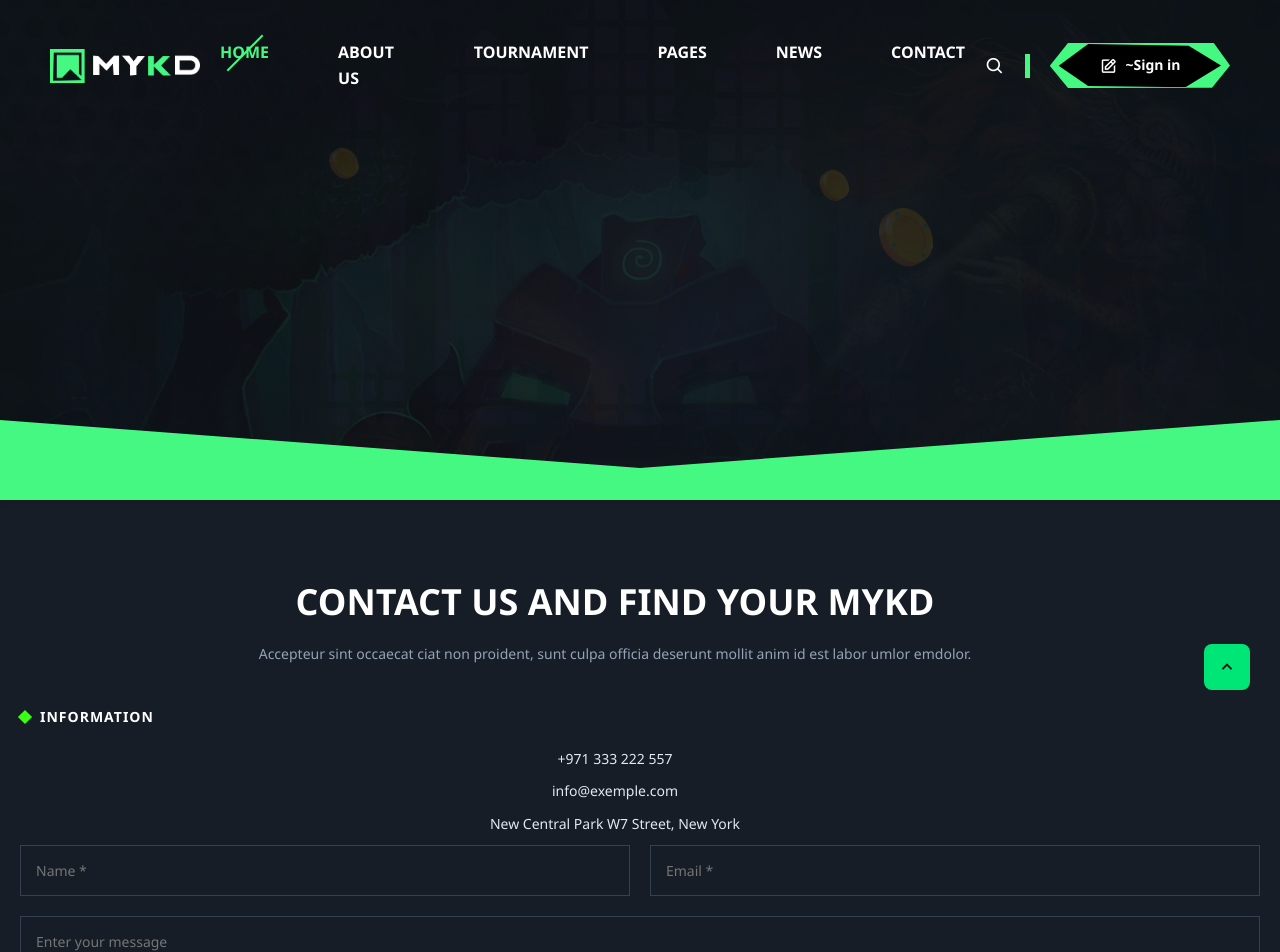
Repository: elfahl52/-MYKD-eSport-and-Gaming
Page: contact.html
The author's editor kept a copy of each file at every save. The page is drawn from the files as they stood at one save, then again after the next save.
The browser window is 1280 px wide. The pictures show the part of the page from y = 0 to 952 px (the page is 2115 px tall).
Some web fonts or font styles are not loaded; a fallback is used.

Above is the page before, as saved 2026-06-11 08:26:27.

### contact.html
<!DOCTYPE html>
<html lang="en">

<head>
    <meta charset="UTF-8">
    <meta name="viewport" content="width=device-width, initial-scale=1.0">
    <title>Document</title>
    <!-- Preconnect for performance -->
    <link rel="preconnect" href="https://fonts.googleapis.com">
    <link rel="preconnect" href="https://fonts.gstatic.com" crossorigin>

    <!-- Fonts -->
    <link
        href="https://fonts.googleapis.com/css2?family=Barlow:ital,wght@0,100;0,200;0,300;0,400;0,500;0,600;0,700;0,800;0,900;1,100;1,200;1,300;1,400;1,500;1,600;1,700;1,800;1,900&family=Josefin+Sans:ital,wght@0,100..700;1,100..700&family=Poppins:wght@300;400;500;600;700&display=swap"
        rel="stylesheet">
    <link href="https://fonts.cdnfonts.com/css/berlin-sans-fb-demi" rel="stylesheet">

    <!-- Icons -->
    <link href='https://unpkg.com/boxicons@2.1.4/css/boxicons.min.css' rel='stylesheet'>
    <link rel="stylesheet" href="https://cdnjs.cloudflare.com/ajax/libs/font-awesome/6.5.1/css/all.min.css">

    <!-- Styles -->
    <link rel="stylesheet" href="css/style.css">
    <link rel="stylesheet" href="css/contact.css">
</head>

<body>


    <!-- start header -->
    <header>
        <!-- start nav -->
        <nav>
            <div class="logo">
                <img src="img/logo/logo.png" alt="Gaming Logo">
            </div>

            <ul class="nav-links">
                <li class="has-dropdown">
                    <a href="index.html" class="active">HOME</a>
                    <div class="dropDown">
                        <div>
                            <a href="#" class="active">
                                <article></article>
                                <span>HOME ONE</span>
                            </a>
                        </div>
                        <div>
                            <a href="#">
                                <article></article>
                                <span>HOME TWO</span>
                            </a>
                        </div>
                        <div>
                            <a href="#">
                                <article></article>
                                <span>HOME THREE</span>
                            </a>
                        </div>
                        <div>
                            <a href="#">
                                <article></article>
                                <span>HOME FOUR</span>
                            </a>
                        </div>
                        <div>
                            <a href="#">
                                <article></article>
                                <span>HOME FIVE</span>
                            </a>
                        </div>
                    </div>
                </li>
                <li class="has-dropdown">
                    <a href="#">ABOUT US</a>
                    <div class="dropDown">
                        <div>
                            <a href="#">
                                <article></article>
                                <span>ABOUT PAGE 1</span>
                            </a>
                        </div>
                        <div>
                            <a href="#">
                                <article></article>
                                <span>ABOUT PAGE 2</span>
                            </a>
                        </div>
                    </div>
                </li>
                <li class="has-dropdown">
                    <a href="#">TOURNAMENT</a>
                    <div class="dropDown">
                        <div>
                            <a href="#">
                                <article></article>
                                <span>TOURNAMENT</span>
                            </a>
                        </div>
                        <div>
                            <a href="#">
                                <article></article>
                                <span>TOURNAMENT SINGLE</span>
                            </a>
                        </div>
                    </div>
                </li>
                <li class="has-dropdown">
                    <a href="#">PAGES</a>
                    <div class="dropDown">
                        <div>
                            <a href="#">
                                <article></article>
                                <span>GAMING SHOP</span>
                            </a>
                        </div>
                        <div>
                            <a href="#">
                                <article></article>
                                <span>OUR SERVICES</span>
                            </a>
                        </div>
                        <div>
                            <a href="#">
                                <article></article>
                                <span>SERVICES DETAILS</span>
                            </a>
                        </div>
                        <div>
                            <a href="#">
                                <article></article>
                                <span>PLAYER DETAILS</span>
                            </a>
                        </div>
                        <div>
                            <a href="#">
                                <article></article>
                                <span>LOGIN</span>
                            </a>
                        </div>
                        <div>
                            <a href="#">
                                <article></article>
                                <span>SIGN UP</span>
                            </a>
                        </div>
                    </div>
                </li>
                <li class="has-dropdown">
                    <a href="#">NEWS</a>
                    <div class="dropDown">
                        <div>
                            <a href="#">
                                <article></article>
                                <span>OUR BLOG</span>
                            </a>
                        </div>
                        <div>
                            <a href="#">
                                <article></article>
                                <span>BLOG DETAILS</span>
                            </a>
                        </div>
                    </div>
                </li>
                <li><a href="#">CONTACT</a></li>
            </ul>


            <div class="right-nav">
                <i class="bx bx-search" id="searchIcon" aria-label="Search"></i>
                <div class="nav-divider"></div>

                <!-- Sign In Button -->
                <div class="btn sign-in-btn">
                    <div>
                        <i class="bx bx-edit"></i>
                        <span>~Sign in</span>
                    </div>
                </div>



                <!-- Hamburger Menu -->
                <div class="hamburger" id="hamburger" aria-label="Toggle menu" aria-expanded="false">
                    <span></span>
                    <span></span>
                    <span></span>
                </div>
            </div>
        </nav>
        <!-- end nav -->

           <!-- content -->
          <div class="content"></div>
        <!-- Mobile Menu Overlay -->
        <div class="mobile-menu" id="mobileMenu">
            <div class="mobile-menu-header">
                <div class="mobile-logo">
                    <img src="img/logo/logo.png" alt="Gaming Logo">
                </div>
                <button class="close-menu" id="closeMenu" aria-label="Close menu">
                    <i class="bx bx-x"></i>
                </button>
            </div>

            <div class="mobile-menu-content">
                <ul class="mobile-nav-links">
                    <!-- HOME with dropdown -->
                    <li class="mobile-has-dropdown">
                        <a href="#" class="active">
                            <i class="bx bx-home"></i>
                            <span>HOME</span>
                            <i class="bx bx-chevron-down mobile-dropdown-toggle"></i>
                        </a>
                        <ul class="mobile-dropdown">
                            <li><a href="#" class="active">HOME ONE</a></li>
                            <li><a href="#">HOME TWO</a></li>
                            <li><a href="#">HOME THREE</a></li>
                            <li><a href="#">HOME FOUR</a></li>
                            <li><a href="#">HOME FIVE</a></li>
                        </ul>
                    </li>

                    <!-- ABOUT US with dropdown -->
                    <li class="mobile-has-dropdown">
                        <a href="#">
                            <i class="bx bx-user"></i>
                            <span>ABOUT US</span>
                            <i class="bx bx-chevron-down mobile-dropdown-toggle"></i>
                        </a>
                        <ul class="mobile-dropdown">
                            <li><a href="#">ABOUT PAGE 1</a></li>
                            <li><a href="#">ABOUT PAGE 2</a></li>
                        </ul>
                    </li>

                    <!-- TOURNAMENT with dropdown -->
                    <li class="mobile-has-dropdown">
                        <a href="#">
                            <i class="bx bx-trophy"></i>
                            <span>TOURNAMENT</span>
                            <i class="bx bx-chevron-down mobile-dropdown-toggle"></i>
                        </a>
                        <ul class="mobile-dropdown">
                            <li><a href="#">TOURNAMENT</a></li>
                            <li><a href="#">TOURNAMENT SINGLE</a></li>
                        </ul>
                    </li>

                    <!-- PAGES with dropdown -->
                    <li class="mobile-has-dropdown">
                        <a href="#">
                            <i class="bx bx-file"></i>
                            <span>PAGES</span>
                            <i class="bx bx-chevron-down mobile-dropdown-toggle"></i>
                        </a>
                        <ul class="mobile-dropdown">
                            <li><a href="#">GAMING SHOP</a></li>
                            <li><a href="#">OUR SERVICES</a></li>
                            <li><a href="#">SERVICES DETAILS</a></li>
                            <li><a href="#">PLAYER DETAILS</a></li>
                            <li><a href="#">LOGIN</a></li>
                            <li><a href="#">SIGN UP</a></li>
                            <li><a href="#">FORGET PASSWORD</a></li>
                            <li><a href="#">404 PAGE</a></li>
                            <!-- Contact Link in Dropdown -->
                            <li class="contact-item">
                                <a href="#contact" class="contact-link">
                                    <i class="bx bx-envelope"></i>
                                    <span>CONTACT US</span>
                                </a>
                            </li>
                        </ul>
                    </li>

                    <!-- NEWS with dropdown -->
                    <li class="mobile-has-dropdown">
                        <a href="#">
                            <i class="bx bx-news"></i>
                            <span>NEWS</span>
                            <i class="bx bx-chevron-down mobile-dropdown-toggle"></i>
                        </a>
                        <ul class="mobile-dropdown">
                            <li><a href="#">OUR BLOG</a></li>
                            <li><a href="#">BLOG DETAILS</a></li>
                        </ul>
                    </li>

                    <!-- CONTACT -->
                    <li>
                        <a href="#contact">
                            <i class="bx bx-envelope"></i>
                            <span>CONTACT</span>
                        </a>
                    </li>
                </ul>

                <!-- Mobile Actions -->
                <div class="mobile-actions">
                    <button class="mobile-search">
                        <i class="bx bx-search"></i>
                        <span>Search</span>
                    </button>
                    <button class="mobile-signin">
                        <i class="bx bx-edit"></i>
                        <span>Sign in</span>
                    </button>
                </div>

                <!-- Social Media -->
                <div class="mobile-social">
                    <h3>Follow Us</h3>
                    <div class="social-icons">
                        <a href="#" aria-label="Facebook"><i class="bx bxl-facebook"></i></a>
                        <a href="#" aria-label="Twitter"><i class="bx bxl-twitter"></i></a>
                        <a href="#" aria-label="Instagram"><i class="bx bxl-instagram"></i></a>
                        <a href="#" aria-label="YouTube"><i class="bx bxl-youtube"></i></a>
                        <a href="#" aria-label="Discord"><i class="bx bxl-discord"></i></a>
                        <a href="#" aria-label="Twitch"><i class="bx bxl-twitch"></i></a>
                    </div>
                </div>

                <!-- Contact Info -->
                <div class="mobile-contact-info">
                    <h3>Contact Info</h3>
                    <p><i class="bx bx-phone"></i> +1 234 567 890</p>
                    <p><i class="bx bx-envelope"></i> info@example.com</p>
                    <p><i class="bx bx-map"></i> 123 Gaming Street, City, Country</p>
                </div>
            </div>
        </div>
        <!-- Overlay for mobile menu -->
        <div class="mobile-overlay" id="mobileOverlay"></div>
        <!--  NEW: Green Divider with Clip-Path -->
        <div class="header-divider"></div>
    </header>
    <!-- end header -->


    <section class="contact-section">

        <!-- المعلومات -->
        <div class="contact-info">
            <h1>Contact Us And Find Your MYKD</h1>
            <p>
                Accepteur sint occaecat ciat non proident, sunt culpa officia deserunt mollit anim id est labor umlor
                emdolor.
            </p>

            <div class="info-header">
                <span class="diamond-icon"></span>
                INFORMATION
            </div>

            <ul class="details-list">
                <li>+971 333 222 557</li>
                <li>info@exemple.com</li>
                <li>New Central Park W7 Street, New York</li>
            </ul>
        </div>

        <!-- النموذج -->
        <form class="contact-form">
            <div class="form-row">
                <div class="input-group">
                    <input type="text" placeholder="Name *" required>
                </div>
                <div class="input-group">
                    <input type="email" placeholder="Email *" required>
                </div>
            </div>

            <textarea placeholder="Enter your message" required></textarea>

            <button type="submit" class="submit-btn">Submit Now</button>
        </form>

    </section>

    <!-- القسم السفلي: الخريطة -->
    <div class="map-container">
        <!-- تم استخدام خريطة نيويورك كمثال -->
        <iframe
            src="https://www.google.com/maps/embed?pb=!1m18!1m12!1m3!1d193595.15830869428!2d-74.119763973046!3d40.69766374874431!2m3!1f0!2f0!3f0!3m2!1i1024!2i768!4f13.1!3m3!1m2!1s0x89c24fa5d33f083b%3A0xc80b8f06e177fe62!2sNew%20York%2C%20NY%2C%20USA!5e0!3m2!1sen!2seg!4v1620000000000!5m2!1sen!2seg"
            allowfullscreen="" loading="lazy"></iframe>
    </div>

    <!-- start footer section -->
    <footer>
        <div class="container">
            <div class="footer-row">

                <!-- Column 1: Logo & Info -->
                <div class="footer-col-1">
                    <div class="footer-logo">
                        <div class="logo-icon">
                            <i class='bx bxs-image'></i>
                        </div>
                        <div class="logo-text">
                            <span class="my">MY</span><span class="kd">KD</span>
                        </div>
                    </div>
                    <p>Lorem ipsum dolor sit amet consectetur adipiscing. Duis sollicitudin augue euismod. Nulla ullam
                        dolor sit amet consectetur.</p>
                    <div class="active-with-us">
                        <span class="active">ACTIVE</span>
                        <span class="with-us">WITH US <i class='bx bx-chevrons-right'></i></span>
                    </div>
                    <div class="social-icons">
                        <a href="#" class="discord" aria-label="Discord"><img src="./img/icons/social_icon01.png"
                                alt=""></a>
                        <a href="#" class="twitter" aria-label="Twitter"><img src="./img/icons/social_icon02.png"
                                alt=""></a>
                        <a href="#" class="instagram" aria-label="Instagram"><img src="./img/icons/social_icon03.png"
                                alt=""></a>
                        <a href="#" class="telegram" aria-label="Telegram"><img src="./img/icons/social_icon04.png"
                                alt=""></a>
                    </div>
                </div>

                <!-- Column 2: Quick Link -->
                <div class="footer-col">
                    <h3>Quick Link</h3>
                    <div class="footer-links">
                        <a href="#">Gaming</a>
                        <a href="#">Product</a>
                        <a href="#">All NFTs</a>
                        <a href="#">Social Network</a>
                        <a href="#">Domain Names</a>
                        <a href="#">Collectibles</a>
                    </div>
                </div>

                <!-- Column 3: Supports -->
                <div class="footer-col">
                    <h3>Supports</h3>
                    <div class="footer-links">
                        <a href="#">Setting &amp; Privacy</a>
                        <a href="#">Help &amp; Support</a>
                        <a href="#">Live Auctions</a>
                        <a href="#">Item Details</a>
                        <a href="#">24/7 Supports</a>
                        <a href="#">Our News</a>
                    </div>
                </div>

                <!-- Column 4: Newsletter -->
                <div class="footer-col footer-col-4">
                    <h3>Newsletter</h3>
                    <p>Subscribe our newsletter to get our latest update &amp; newsconsectetur</p>
                    <form class="newsletter-form" onsubmit="return false;">
                        <input type="email" placeholder="Your email address" aria-label="Email address">
                        <button type="submit" aria-label="Subscribe">
                            <i class='bx bx-right-arrow-alt'></i>
                        </button>
                    </form>
                </div>

            </div>
        </div>

        <!-- Bottom Bar -->
        <div class="bottom-bar">
            <span class="copyright">
                COPYRIGHT &copy; 2026 &ndash; ALL RIGHTS RESERVED BY <span class="mykd-green">Khaled Elfahl</span>
            </span>
            <div class="payment-icons">
                <span class="pay-badge pay-paypal">PayPal</span>
                <span class="pay-badge pay-ebay">eBay</span>
                <span class="pay-badge pay-cirrus">Cirrus</span>
                <span class="pay-badge pay-visa">VISA</span>
                <span class="pay-badge pay-discover">DISCOVER</span>
                <span class="pay-badge pay-mastercard">MasterCard</span>
            </div>
        </div>
    </footer>

    <!-- Scroll to Top -->
    <button class="scroll-top" onclick="window.scrollTo({top:0,behavior:'smooth'})" aria-label="Scroll to top">
        <i class='bx bx-chevron-up'></i>
    </button>

    <!-- end footer section -->
    <!-- js  -->
    <script src="js/main.js"></script>
</body>

</html>

### css/contact.css
* {
  font-family: "Segoe UI", Tahoma, Geneva, Verdana, sans-serif;
}

body {
  background-color: #0f172a;
  color: #ffffff;
}

 header {
  background: url("../img/bg/breadcrumb_bg02.jpg") no-repeat center center / cover;
  background-color: var(--header-overlay);
  background-blend-mode: overlay;
  box-shadow: 0 2px 4px rgba(0, 0, 0, 0.1);
  min-height: 500px;
  font-family: var(--heading-font);
  position: relative;
  overflow: hidden;
}
 header
.contact-section {
  display: flex;
  flex-wrap: wrap;
  padding: 80px 10%;
  background-color: #0b1120;
  min-height: 500px;
  align-items: center;
  justify-content: space-between;
}


.contact-info {
  flex: 1;
  min-width: 300px;
  padding-right: 50px;
}

.contact-info h1 {
  font-size: 36px;
  font-weight: 700;
  margin-bottom: 20px;
  line-height: 1.2;
  text-transform: uppercase;
}

.contact-info p {
  color: #94a3b8;
  margin-bottom: 40px;
  line-height: 1.6;
  font-size: 14px;
}

.info-header {
  display: flex;
  align-items: center;
  margin-bottom: 20px;
  font-weight: bold;
  font-size: 14px;
  letter-spacing: 1px;
}

.diamond-icon {
  width: 10px;
  height: 10px;
  background-color: #39ff14;
  transform: rotate(45deg);
  margin-right: 10px;
  display: inline-block;
}

.details-list li {
  list-style: none;
  margin-bottom: 10px;
  font-size: 14px;
  color: #e2e8f0;
}

/*right side*/
.contact-form {
  flex: 1;
  min-width: 300px;
}

.form-row {
  display: flex;
  gap: 20px;
  margin-bottom: 20px;
}

.input-group {
  flex: 1;
  position: relative;
}

input,
textarea {
  width: 100%;
  background: transparent;
  border: 1px solid #334155;
  padding: 15px;
  color: white;
  font-size: 14px;
  outline: none;
  transition: 0.3s;
}

input:focus,
textarea:focus {
  border-color: #39ff14;
}

textarea {
  height: 150px;
  resize: none;
  margin-bottom: 30px;
}

/* button*/
.submit-btn {
  background-color: #39ff14;
  color: #000;
  border: none;
  padding: 15px 40px;
  font-weight: bold;
  font-size: 14px;
  cursor: pointer;
  text-transform: uppercase;
  clip-path: polygon(0 0, 100% 0, 95% 100%, 0% 100%);
  transition: 0.3s;
}

.submit-btn:hover {
  background-color: #2ecc71;
  transform: translateX(5px);
}

/* map*/
.map-container {
  width: 100%;
  height: 450px;
  background-color: #1e293b;
}

iframe {
  width: 100%;
  height: 100%;
  border: 0;
  filter: grayscale(100%) invert(92%) contrast(83%);
}

/* responsive*/
@media (max-width: 768px) {
  .contact-section {
    flex-direction: column;
    padding: 40px 5%;
  }
  .contact-info {
    padding-right: 0;
    margin-bottom: 40px;
  }
  .form-row {
    flex-direction: column;
    gap: 0;
  }
}

Loaded but not shown: js/main.js (141 lines, source omitted); css/style.css (3067 lines, source omitted)

After the next save:
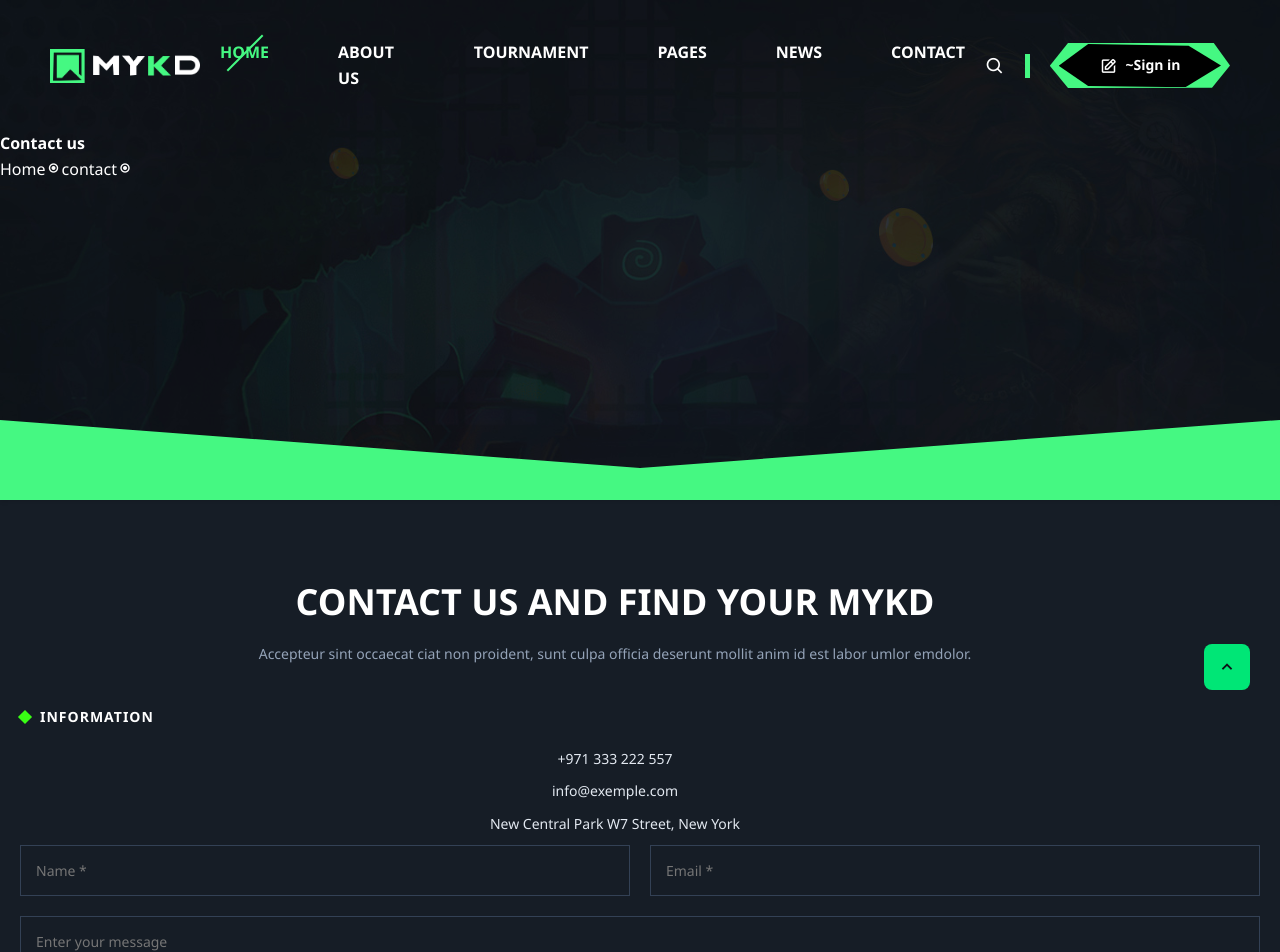
Saved 4 s later.
--- a/contact.html
+++ b/contact.html
@@ -192,7 +192,10 @@
         <!-- end nav -->
 
            <!-- content -->
-          <div class="content"></div>
+          <div class="content">
+              <b>Contact us</b>
+            <p>Home<i class="bx bx-radio-circle-marked" ></i><span>contact<i class="bx bx-radio-circle-marked" ></i></span></p>
+          </div>
         <!-- Mobile Menu Overlay -->
         <div class="mobile-menu" id="mobileMenu">
             <div class="mobile-menu-header">
